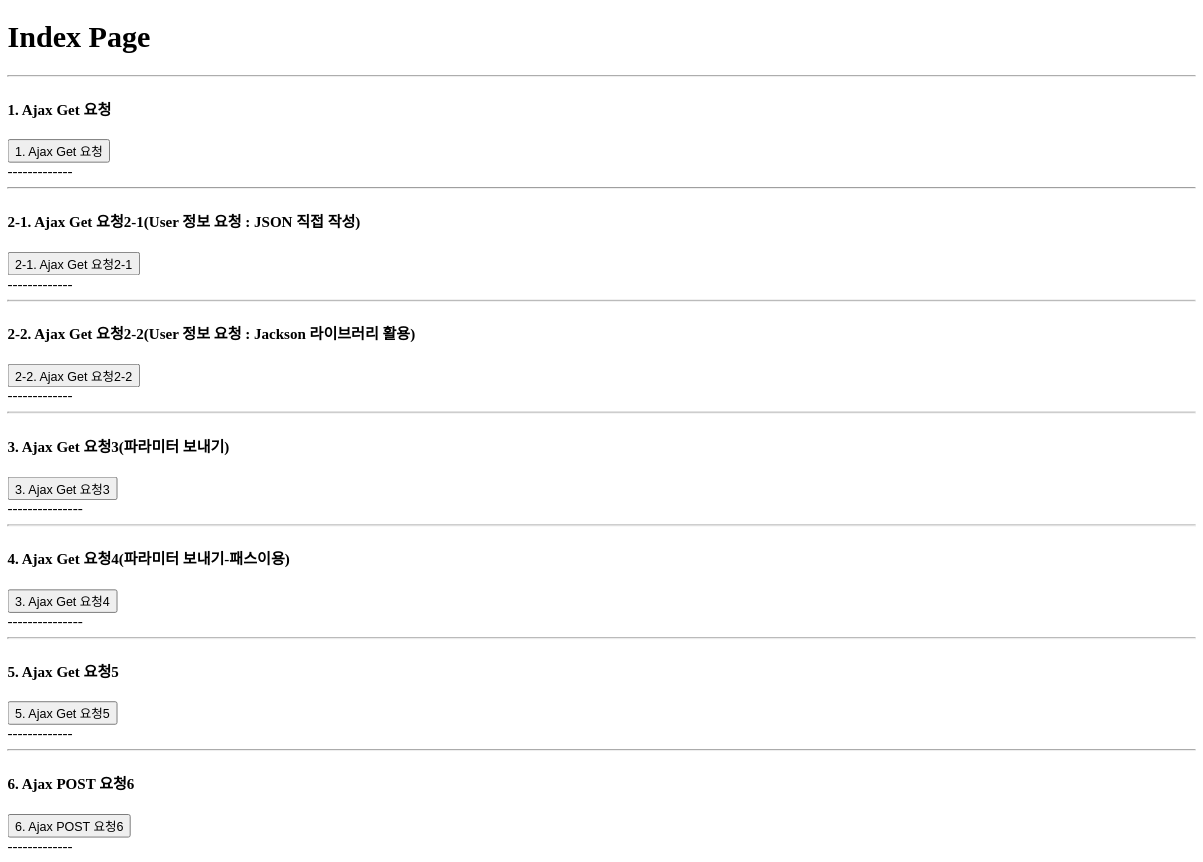
Repository: smallomg/bg-spring
Page: http://localhost/demo4/WEB-INF/views/index.jsp
The author's editor kept a copy of each file at every save. The page is drawn from the files as they stood at one save, then again after the next save.
The browser window is 1280 px wide. The pictures show the whole page, at 94% of full size.
The page is served by Tomcat 9. Nobody is signed in. The template is opened directly, without the code that normally fills it, so the values that code supplies are empty.

Above is the page before, as saved 2025-05-07 06:53:14.

After the next save:
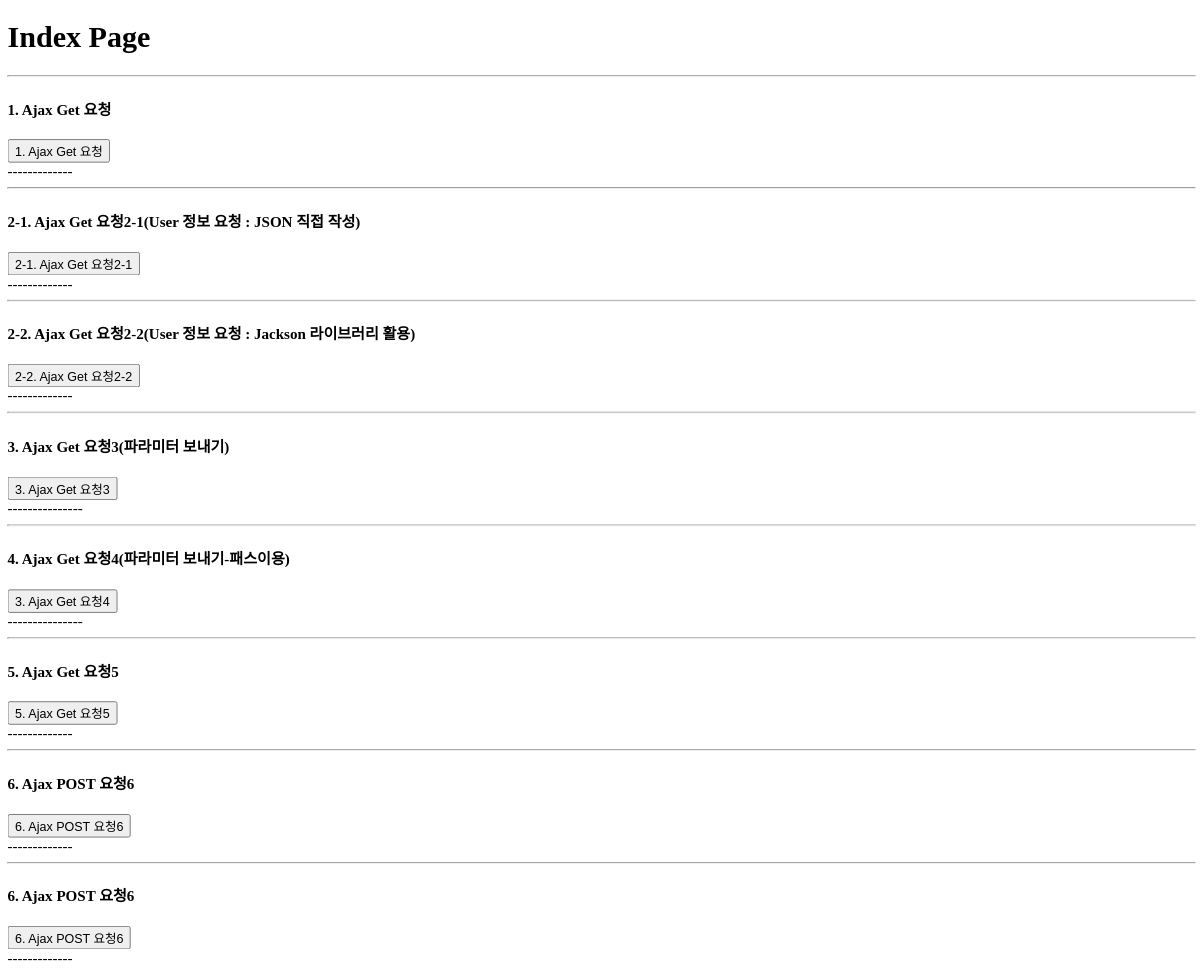
Saved 12 min 12 s later.
--- a/ldy_spring/demo4/src/main/webapp/WEB-INF/views/index.jsp
+++ b/ldy_spring/demo4/src/main/webapp/WEB-INF/views/index.jsp
@@ -32,6 +32,10 @@
 	<h4>5. Ajax Get 요청5</h4>
 	<button onclick="sendParameter3()">5. Ajax Get 요청5</button>
 	<div id="demo5">-------------</div>
+	<hr>
+	<h4>6. Ajax POST 요청6</h4>
+	<button onclick="regData()">6. Ajax POST 요청6</button>
+	<div id="demo6">-------------</div>
 	<hr>
 	<h4>6. Ajax POST 요청6</h4>
 	<button onclick="regData()">6. Ajax POST 요청6</button>
